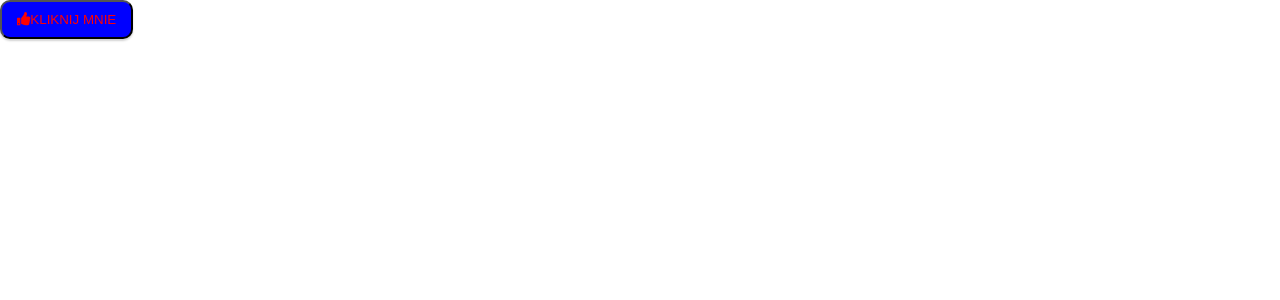
Repository: KrzysKolo/sr_tydzien3_zad_1_2_3
Page: /
These files come from the project's save history. The page is drawn as it stood at one moment and after the next save; the edit follows.
The browser window is 1280 px wide. The pictures show the whole page.
The project was rebuilt for these pictures with package versions that can differ from the ones it lists, and the page was loaded fresh each time. Also part of the build but not shown: src/App.css.

Above is the page before, as saved 2020-11-02 14:40:10.

After the next save:
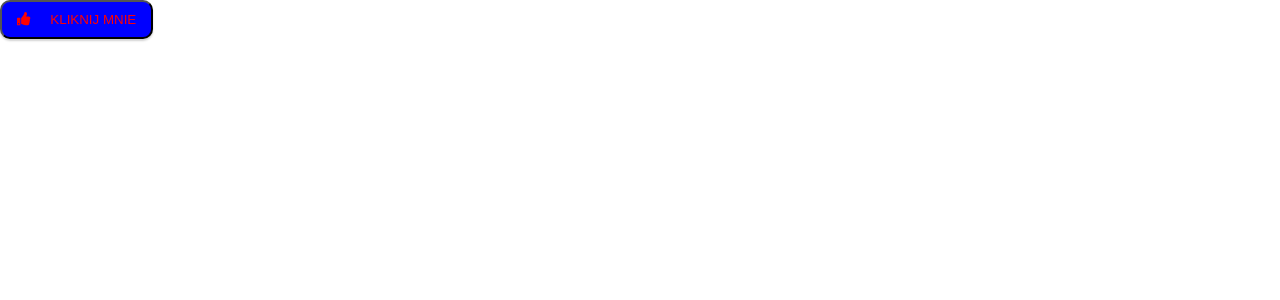
Saved 28 s later.
--- a/src/Button.js
+++ b/src/Button.js
@@ -28,7 +28,7 @@ const Button = ({label, color, bgColor, icon}) => {
     return (
 
         <div>
-            <Button ><FontAwesomeIcon icon={icon}></FontAwesomeIcon>{label} </Button>
+            <Button ><FontAwesomeIcon style={styles} icon={icon}></FontAwesomeIcon>{label} </Button>
         </div>
      );
 }
